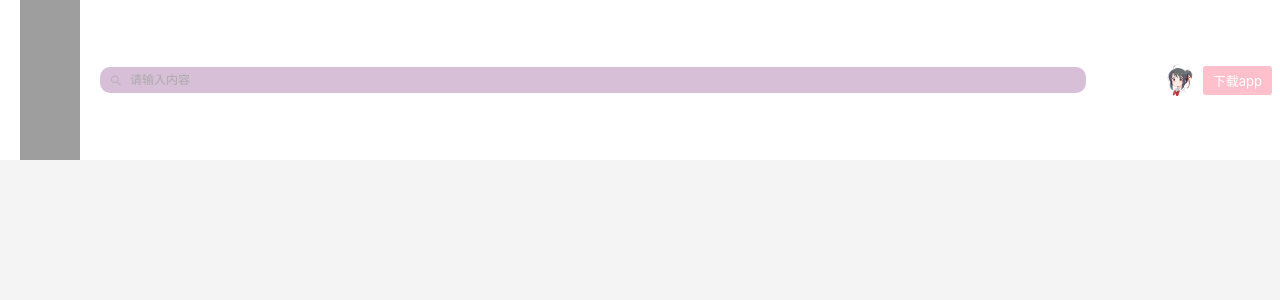
Repository: caiys666/bilibili
Page: /#/userinfo
These files come from the project's save history. The page is drawn as it stood at one moment and after the next save; the edit follows.
The browser window is 1280 px wide. The pictures show the whole page.
Pictures or frames that could not be fetched are drawn as grey boxes. The project was rebuilt for these pictures with package versions that can differ from the ones it lists, and the page was loaded fresh each time. Also part of the build but not shown: vue.config.js, src/components/HelloWorld.vue, src/views/Home.vue.

Above is the page before, as saved 2020-10-01 21:36:05.

After the next save:
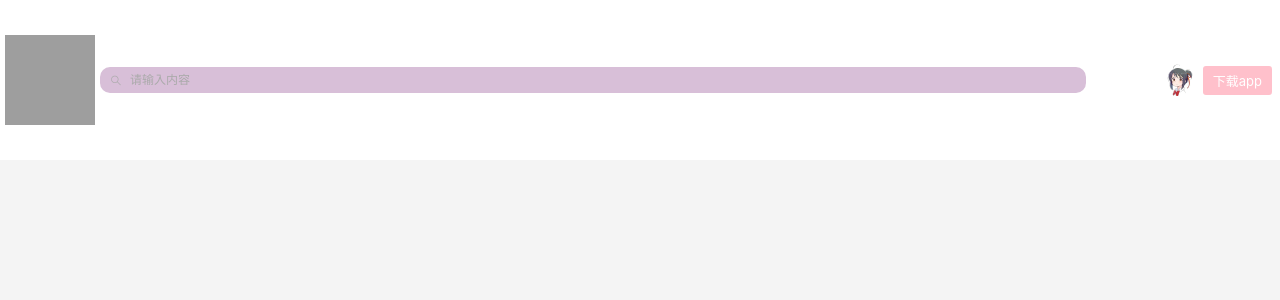
Saved 3 min 22 s later.
--- a/src/components/commn/Navbar.vue
+++ b/src/components/commn/Navbar.vue
@@ -76,7 +76,7 @@
     align-items: center;
 }
 .logo img{
-    width: 60%;
-    height: 100%;
+    width: 90px;
+    height: 90px;
 }
 </style>
